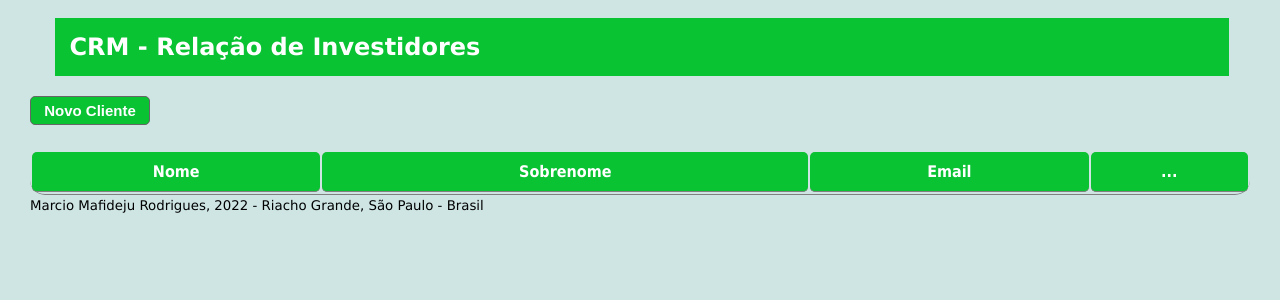
Repository: mafideju/CustomerTracker
Page: http://localhost/web-customer-tracker/WEB-INF/view/list-customers.jsp
These files come from the project's save history. The page is drawn as it stood at one moment and after the next save; the edit follows.
The browser window is 1280 px wide. The pictures show the whole page.
The page is served by Tomcat 9. Nobody is signed in. The template is opened directly, without the code that normally fills it, so the values that code supplies are empty.

Above is the page before, as saved 2022-01-27 16:08:55.

After the next save:
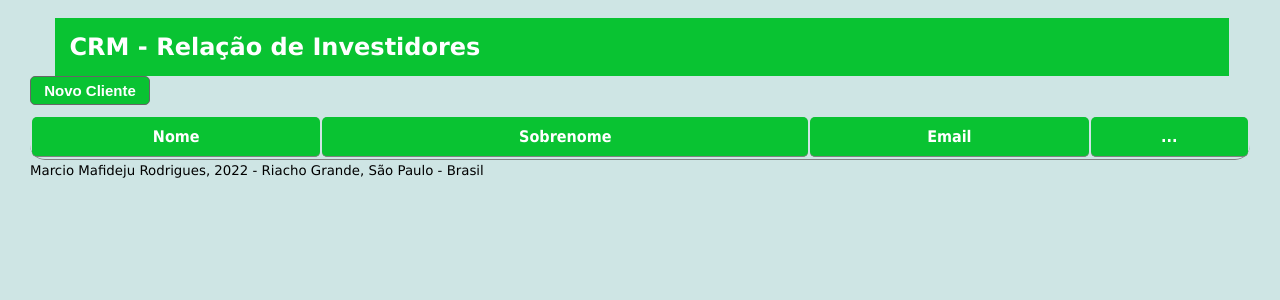
Saved 24 s later.
--- a/web-customer-tracker/WebContent/resources/css/style.css
+++ b/web-customer-tracker/WebContent/resources/css/style.css
@@ -36,8 +36,6 @@ tr:nth-child(odd) {background: #BBBBBB;}
 	color: white;
 	font-size: 15px;
 	font-weight: bold;
-	margin-bottom: 15px;
-	margin-top: 20px;
 	padding: 5px 10px;
 	width: 120px;
 }
